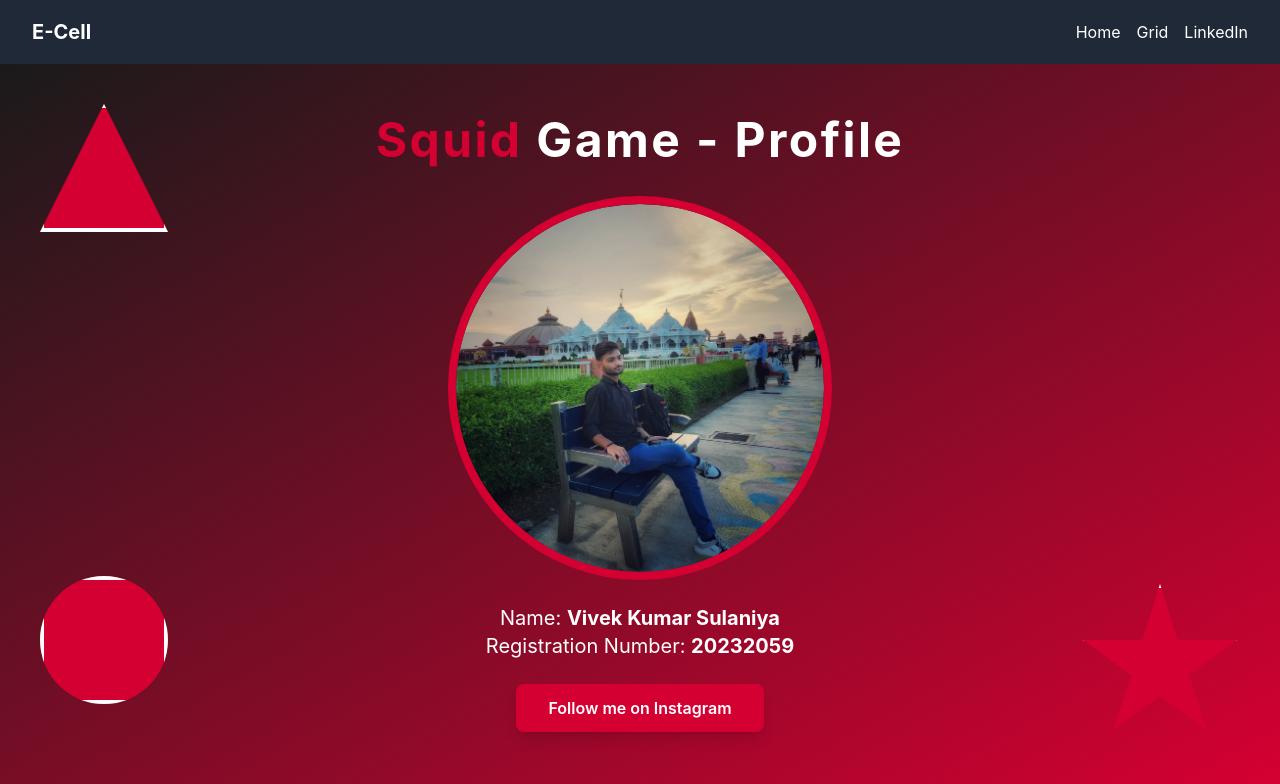
Repository: Vivek300705/Dashboard
Page: /second-page
These files come from the project's save history. The page is drawn as it stood at one moment and after the next save; the edit follows.
The browser window is 1280 px wide. The pictures show the whole page.
The project was rebuilt for these pictures with package versions that can differ from the ones it lists, and the page was loaded fresh each time. Also part of the build but not shown: src/components/Home.js.

Above is the page before, as saved 2025-01-22 23:18:14.

After the next save:
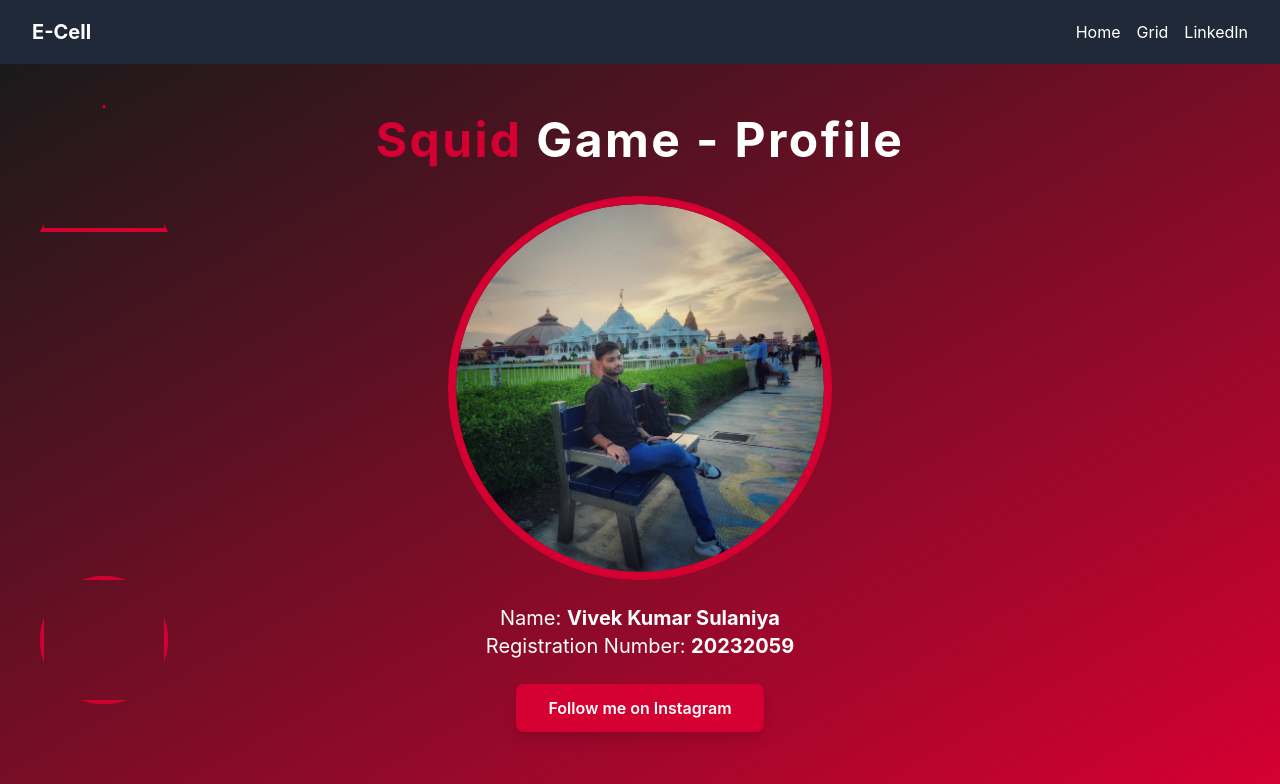
Saved 68 s later.
--- a/src/components/Profile.js
+++ b/src/components/Profile.js
@@ -40,10 +40,10 @@
         Follow me on Instagram
       </button>
 
-      {/* Squid Game Shapes */}
+      {/* Squid Game Shapes (Outline) */}
       <div className="absolute top-10 left-10 hidden sm:block">
         <div
-          className="w-32 h-32 bg-[#D50032] border-4 border-[#FFFFFF] transition-transform duration-300 transform hover:scale-110"
+          className="w-32 h-32 border-4 border-[#D50032] transition-transform duration-300 transform hover:scale-110"
           style={{
             clipPath: "polygon(50% 0%, 100% 100%, 0% 100%)", // Triangle shape
           }}
@@ -51,7 +51,7 @@
       </div>
       <div className="absolute bottom-10 right-10 hidden sm:block">
         <div
-          className="w-40 h-40 bg-[#D50032] border-4 border-[#FFFFFF] transition-transform duration-300 transform hover:scale-110"
+          className="w-40 h-40 border-4 border-[#D50032] transition-transform duration-300 transform hover:scale-110"
           style={{
             clipPath: "polygon(50% 0%, 61% 35%, 98% 35%, 68% 57%, 79% 91%, 50% 70%, 21% 91%, 32% 57%, 2% 35%, 39% 35%)", // Star shape
           }}
@@ -59,7 +59,7 @@
       </div>
       <div className="absolute bottom-20 left-10 hidden sm:block">
         <div
-          className="w-32 h-32 bg-[#D50032] border-4 border-[#FFFFFF] transition-transform duration-300 transform hover:scale-110"
+          className="w-32 h-32 border-4 border-[#D50032] transition-transform duration-300 transform hover:scale-110"
           style={{
             clipPath: "ellipse(50% 50% at 50% 50%)", // Ellipse shape
           }}
